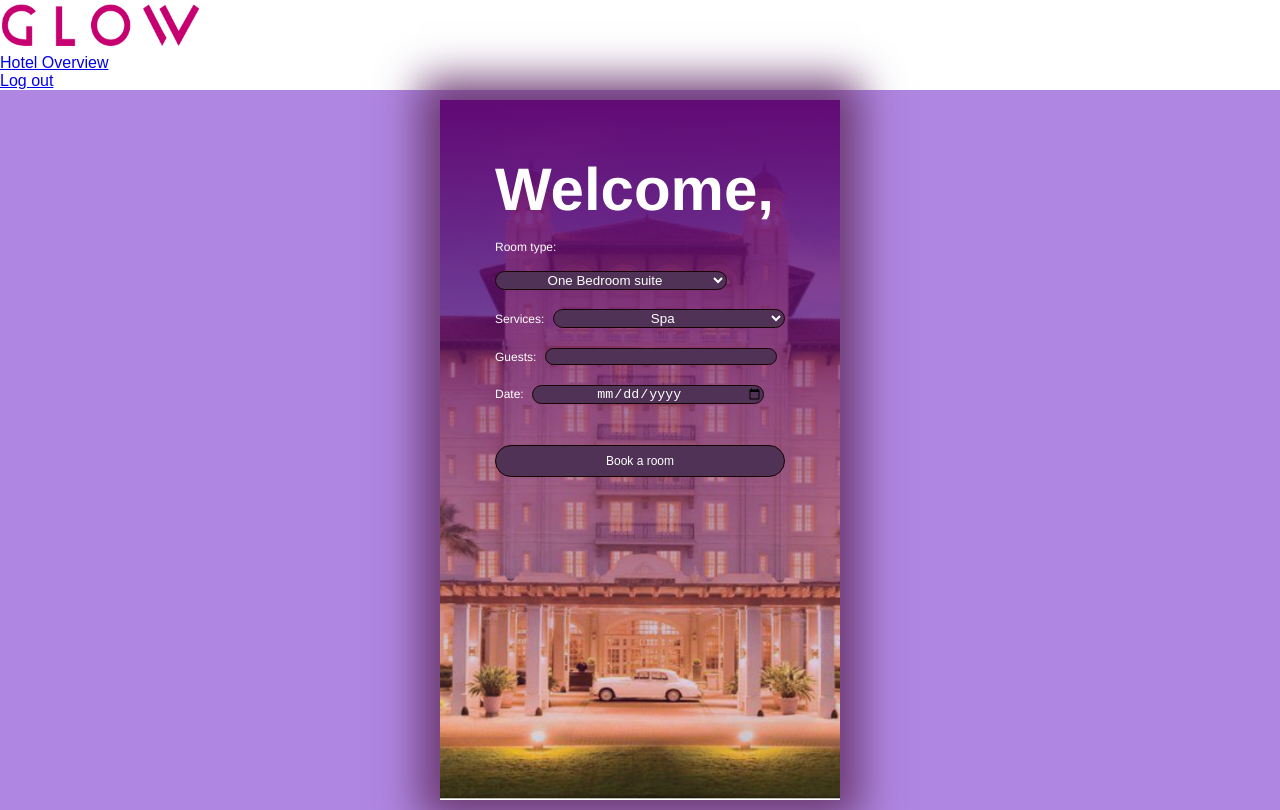
Repository: M-p1998/solo-dojo-project
Page: http://localhost/hotel/WEB-INF/hotel/room.jsp
An editor plug-in stored every save of this project. The page is shown before and after the next save, followed by the edit.
The browser window is 1280 px wide. The pictures show the whole page.
The page is served by Tomcat 9. Nobody is signed in. Other server files are loaded and not shown. The template is opened directly, without the code that normally fills it, so the values that code supplies are empty.

Above is the page before, as saved 2022-02-14 19:11:17.

### hotel/src/main/webapp/WEB-INF/hotel/room.jsp
<%@ page language="java" contentType="text/html; charset=UTF-8"
    pageEncoding="UTF-8"%>
<%@ taglib prefix="c" uri="http://java.sun.com/jsp/jstl/core" %>
<%@ taglib prefix="form" uri="http://www.springframework.org/tags/form"%>
<!DOCTYPE html>
<html>
<head>
<meta charset="UTF-8">
<title>Book a room</title>
<link href="/css/room.css" rel="stylesheet" type="text/css">
</head>
<body>


		<header>
				<img class="logo" src="/image/hotelLogo.png"
					width="200" height="50">

					<nav>
					<ul class="nav_links">
						<li class="nav-item active "><a  href="/">Hotel Overview</a></li>
						<li class="nav-item active "><a  href="/logout">Log out</a></li>
					</ul>
					</nav>
			</header>

	<div class="container">
		<div class="card">
			<div class="box" id="card">
			<div class="card-front">
				<h1>Welcome, ${user.firstName}</h1>
				<form:form action="/create" method="post" modelAttribute="createARoom">
					<form:input type="hidden" value="${userId}" path="user"/>
					<p>
						<form:label path="room_type" class="title" >Room type:</form:label>
						<form:errors path="room_type" class="error"/>
						<form:select path="room_type" class="input-box" >

								<option class="title">One Bedroom suite</option>
								<option class="title">Presidential suite</option>
								<option class="title">Luxury suite</option>
								<option class="title">Signature suite</option>
								<option class="title">Master suite </option>
						</form:select>

					</p>
					<p>
						<form:label path="services" class="title">Services:</form:label>
						<form:errors path="services" class="error"/>
						<form:select path="services" class="input-box">

								<option >Spa</option>
								<option >Golf</option>
								<option >Meeting</option>
								<option >Wedding</option>
						</form:select>
					</p>
					<p>
						<form:label path="guests" class="title">Guests:</form:label>
						<form:errors path="guests" class="error"/>
						<form:input path="guests" type="number" min="0" max="5" class="input-box"/>
					</p>
					<p>
						<form:label path="date" class="title">Date:</form:label>
						<form:errors path="date" class="error"/>
						<form:input path="date" type="date" class="input-box" placeholder="Pick a date"/>
					</p>
					<input type="submit"  class="btn" value="Book a room"/>
				</form:form>
				</div>
			</div>
		</div>
	</div>
</body>
</html>

### hotel/src/main/webapp/css/room.css
@charset "UTF-8";

*{
	margin: 0;
	padding: 0;
}

body{
	font-family: sans-serif;
}

#nav-bar{
	position: sticky;
	top: 0;
	z-index: 10;

}

.navbar{
	background-image: linear-gradient(rgba(98, 10, 117),  rgba(0,0,255,0));
	padding: 0!important;
	background-color: orange;
}

.navbar-nav li{
	padding: 0 10px;
}

.navbar-nav li a{
	color: black;
	font-weight: 600;
	float: right;
	text-align: left;
}

#nav-bar ul li a:hover{
	color: orange !important;
}

.fa-bars{
	color: #fff;
	font-size: 30px !important;
}

.navbar-toggler{
	outline: none !important;
}

/* -----------room------------ */
.container{
	/* width:"100%";*/
	height: 100vh;
	width: 100%;
	max-width: 150rem;
	font-family:Helvetica;
	background: rgb(175, 134, 225);
	color: #fff;
	display:flex;
	align-items: center;
	justify-content: center;
}

.card{
	width:400px;
	height:700px;
	box-shadow: 0 0 40px 20px rgba(108 57 113);
	perspective: 1000px;
}

.box{
	position: relative;
	width: 100;
	height: 100%;
	transition: transform 1s;
	transform-style: preserve-3d;
}

.card-front{
	position: absolute;
	width: 100%;
	height: 100%;
	background-position: center;
	background-size: cover;
	background-image: linear-gradient(rgba(98, 10, 117), rgba(0,0,255,0)), url(/image/hotel.png);
	padding: 55px;
	box-sizing: border-box;
	backface-visibility: hidden;
	font-size: 30px;
}

.input-box{
	width: 80%;
	background: rgb(79, 50, 86);
	border: 1px solid #180503;
	margin: 6px 0;
	height: 32 px;
	border-radius: 100px;
	/* padding: 0 10px; */
	box-sizing: border-box;
	outline: none;
	text-align: center;
	color: #fff;
}

.btn{
	width: 100%;
	background: rgb(79, 50, 86);
	border: 1px solid #180503;
	margin: 35px 0 10px;
	height: 32px;
	font-size: 12px;
	border-radius: 100px;
	padding: 0 10px;
	box-sizing: border-box;
	outline: none;
	color: #fff;
	cursor: pointer;
}
.title{
	color: #fff;
	font-size: 12px;
}

After the next save:
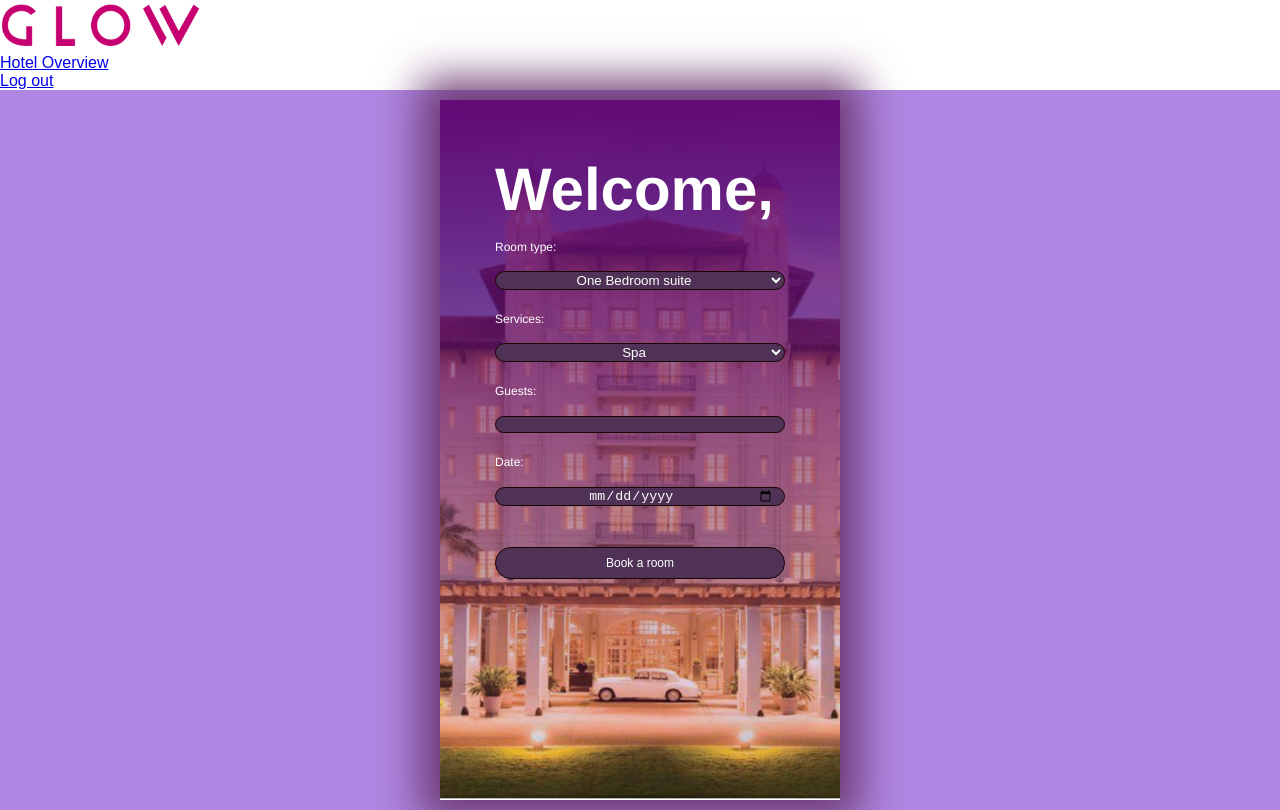
Saved 2 min 25 s later.
--- a/hotel/src/main/webapp/css/room.css
+++ b/hotel/src/main/webapp/css/room.css
@@ -89,17 +89,18 @@ body{
 }
 
 .input-box{
-	width: 80%;
+	width: 100%;
 	background: rgb(79, 50, 86);
 	border: 1px solid #180503;
 	margin: 6px 0;
 	height: 32 px;
 	border-radius: 100px;
-	/* padding: 0 10px; */
+	padding: 0 10px;
 	box-sizing: border-box;
 	outline: none;
 	text-align: center;
 	color: #fff;
+
 }
 
 .btn{
